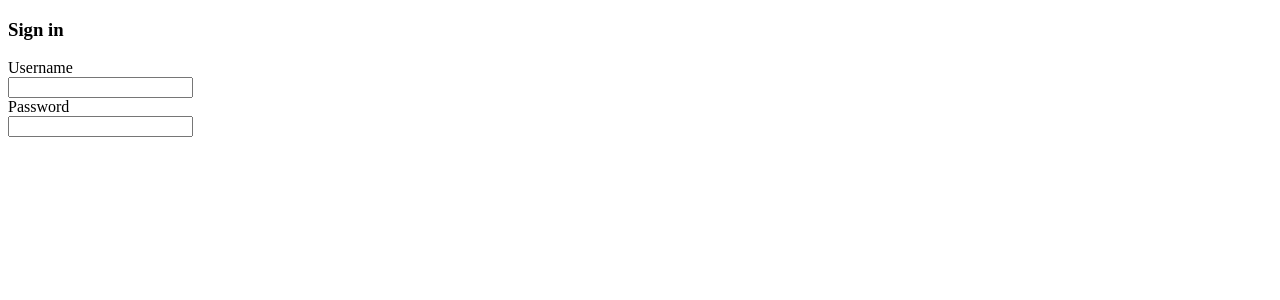
Repository: isaifahmad/PersonalEngineering
Page: java-apps/LearnServlet/WebContent/login.html
These files come from the project's save history. The page is drawn as it stood at one moment and after the next save; the edit follows.
The browser window is 1280 px wide. The pictures show the whole page.

Above is the page before, as saved 2019-11-06 05:57:02.

### java-apps/LearnServlet/WebContent/login.html
<!DOCTYPE html>
<html>
<head>
<meta charset="UTF-8">
<title>Insert title here</title>
</head>
<body>
<h3>Sign in</h3>
<form method="post" action="ServeltWithParams">
<div>
	<div>Username</div><div><input type='text' name='fname'></div>
	<div>Password</div><div><input type='password' name='lname'></div>
</div>
</form>
</body>
</html>

After the next save:
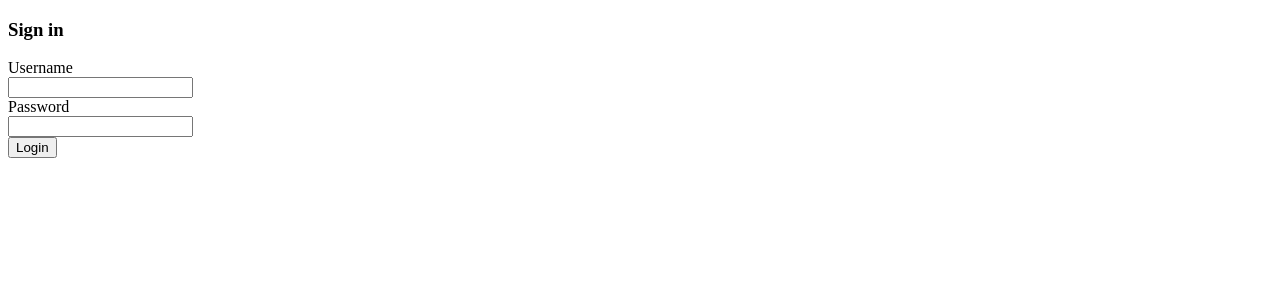
Saved 30 s later.
--- a/java-apps/LearnServlet/WebContent/login.html
+++ b/java-apps/LearnServlet/WebContent/login.html
@@ -11,6 +11,7 @@
 	<div>Username</div><div><input type='text' name='fname'></div>
 	<div>Password</div><div><input type='password' name='lname'></div>
 </div>
+<div><input type='submit' value='Login'></div>
 </form>
 </body>
 </html>
